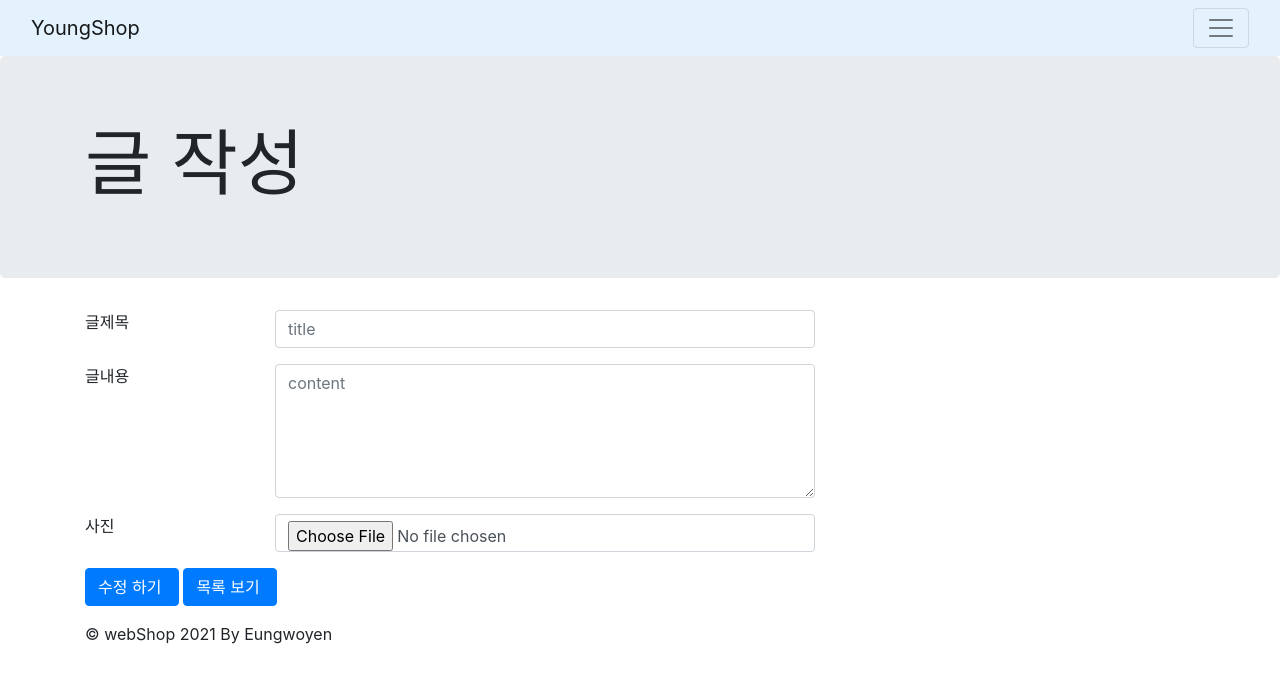
Repository: khss4008/JSP_project
Page: http://localhost/Webshop2/board/detailBoard.jsp
An editor plug-in stored every save of this project. The page is shown before and after the next save, followed by the edit.
The browser window is 1280 px wide. The pictures show the whole page.
The page is served by Tomcat 9. Other server files are loaded and not shown.

Above is the page before, as saved 2021-11-05 06:32:50.
Console error: TypeError: Cannot read properties of undefined (reading 'fn')

### Webshop2/WebContent/board/detailBoard.jsp
<%@ page language="java" contentType="text/html; charset=UTF-8"
    pageEncoding="UTF-8"%>
<!DOCTYPE html>
<html>
<head>
<meta charset="UTF-8">
<title>상세 보기</title>
</head>
<body>
   <jsp:include page="/header.jsp" />
   <div class="jumbotron">
      <div class="container">
         <h1 class="display-3">글 작성</h1>
      </div>
   </div>

   <div class="container">
      <form name="newProduct" class="form-horizontal"  action="addCheck.jsp" method="post" onsubmit="return checkForm()" enctype = "multipart/form-data">
         <div class="form-group  row">
            <label class="col-sm-2 ">글제목</label>
            <div class="col-sm-6">
               <input name="title" type="text" class="form-control" placeholder="title" >
            </div>
         </div>


          <div class="form-group  row">
            <label class="col-sm-2">글내용</label>
            <div class="col-sm-6">
               <textarea name = description rows = "5" cols = "20" class="form-control" placeholder = "content"></textarea>
            </div>
         </div>


          <div class="form-group  row">
            <label class="col-sm-2">사진</label>
            <div class="col-sm-6">
               <input name="filename" type="file" class="form-control">
            </div>
         </div>




        <div class="form-group  row">
            <div class="col-sm-offset-2 col-sm-10 ">
               <input type="submit" class="btn btn-primary " value="수정 하기 " >
               <input type="reset" class="btn btn-primary " value="목록 보기 " >
            </div>
         </div>


      </form>
   </div>

<%@ include file = "/footer.jsp" %>
</body>
</html>

### Webshop2/WebContent/footer.jsp
<footer class = "container">
	<p>&copy; webShop 2021 By Eungwoyen
</footer>

### Webshop2/WebContent/header.jsp
<%@ page language="java" contentType="text/html; charset=UTF-8"
    pageEncoding="UTF-8"%>

<link rel="stylesheet" href="https://stackpath.bootstrapcdn.com/bootstrap/4.3.1/css/bootstrap.min.css" integrity="sha384-ggOyR0iXCbMQv3Xipma34MD+dH/1fQ784/j6cY/iJTQUOhcWr7x9JvoRxT2MZw1T" crossorigin="anonymous">
<script src="https://stackpath.bootstrapcdn.com/bootstrap/4.3.1/js/bootstrap.min.js" integrity="sha384-JjSmVgyd0p3pXB1rRibZUAYoIIy6OrQ6VrjIEaFf/nJGzIxFDsf4x0xIM+B07jRM" crossorigin="anonymous"></script>


<nav class="navbar navbar-light" style="background-color: #e3f2fd;">
  <div class="container-fluid">
    <a class="navbar-brand" href="/">YoungShop</a>
    <button class="navbar-toggler" type="button" data-bs-toggle="collapse" data-bs-target="#navbarNavDropdown" aria-controls="navbarNavDropdown" aria-expanded="false" aria-label="Toggle navigation">
      <span class="navbar-toggler-icon"></span>
    </button>
    <div class="collapse navbar-collapse" id="navbarNavDropdown">
      <ul class="navbar-nav">
        <li class="nav-item dropdown">
          <a class="nav-link dropdown-toggle" href="#" id="navbarDropdownMenuLink" role="button" data-bs-toggle="dropdown" aria-expanded="false">
            	게시판
          </a>
          <ul class="dropdown-menu" aria-labelledby="navbarDropdownMenuLink">
            <li><a class="dropdown-item" href="/product/products.jsp">제품목록</a></li>
            <li><a class="dropdown-item" href="/board/addBoard.jsp">글작성</a></li>
            <li><a class="dropdown-item" href="/board/listBoard.jsp">글목록</a></li>
          </ul>
        </li>

        <li class="nav-item dropdown">
          <a class="nav-link dropdown-toggle" href="#" id="navbarDropdownMenuLink" role="button" data-bs-toggle="dropdown" aria-expanded="false">
            	회원관리
          </a>
          <ul class="dropdown-menu" aria-labelledby="navbarDropdownMenuLink">
            <li><a class="dropdown-item" href="/member/loginMember.jsp">로그인</a></li>
            <li><a class="dropdown-item" href="#">로그아웃</a></li>
            <li><a class="dropdown-item" href="/member/joinMember.jsp">회원가입</a></li>
            <li><a class="dropdown-item" href="#">회원탈퇴</a></li>
          </ul>
        </li>

        <li class="nav-item dropdown">
          <a class="nav-link dropdown-toggle" href="#" id="navbarDropdownMenuLink" role="button" data-bs-toggle="dropdown" aria-expanded="false">
            	관리자
          </a>
          <ul class="dropdown-menu" aria-labelledby="navbarDropdownMenuLink">
            <li><a class="dropdown-item" href="/product/addProduct.jsp">제품등록</a></li>
            <li><a class="dropdown-item" href="/member/listMember.jsp">회원관리</a></li>

          </ul>
        </li>

      </ul>
    </div>
  </div>
</nav>

<script src="https://cdn.jsdelivr.net/npm/bootstrap@5.1.3/dist/js/bootstrap.bundle.min.js" integrity="sha384-ka7Sk0Gln4gmtz2MlQnikT1wXgYsOg+OMhuP+IlRH9sENBO0LRn5q+8nbTov4+1p" crossorigin="anonymous"></script>

After the next save:
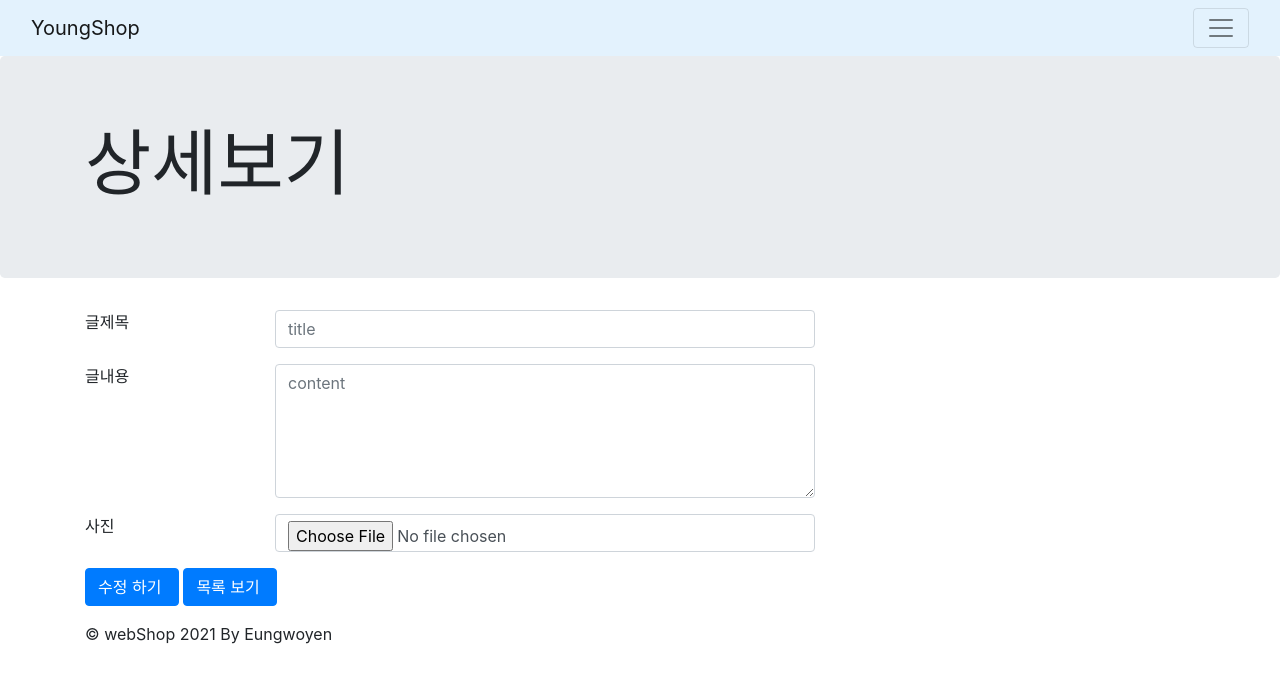
Saved 20 s later.
--- a/Webshop2/WebContent/board/detailBoard.jsp
+++ b/Webshop2/WebContent/board/detailBoard.jsp
@@ -10,7 +10,7 @@
    <jsp:include page="/header.jsp" />
    <div class="jumbotron">
       <div class="container">
-         <h1 class="display-3">글 작성</h1>
+         <h1 class="display-3">상세보기</h1>
       </div>
    </div>
 
